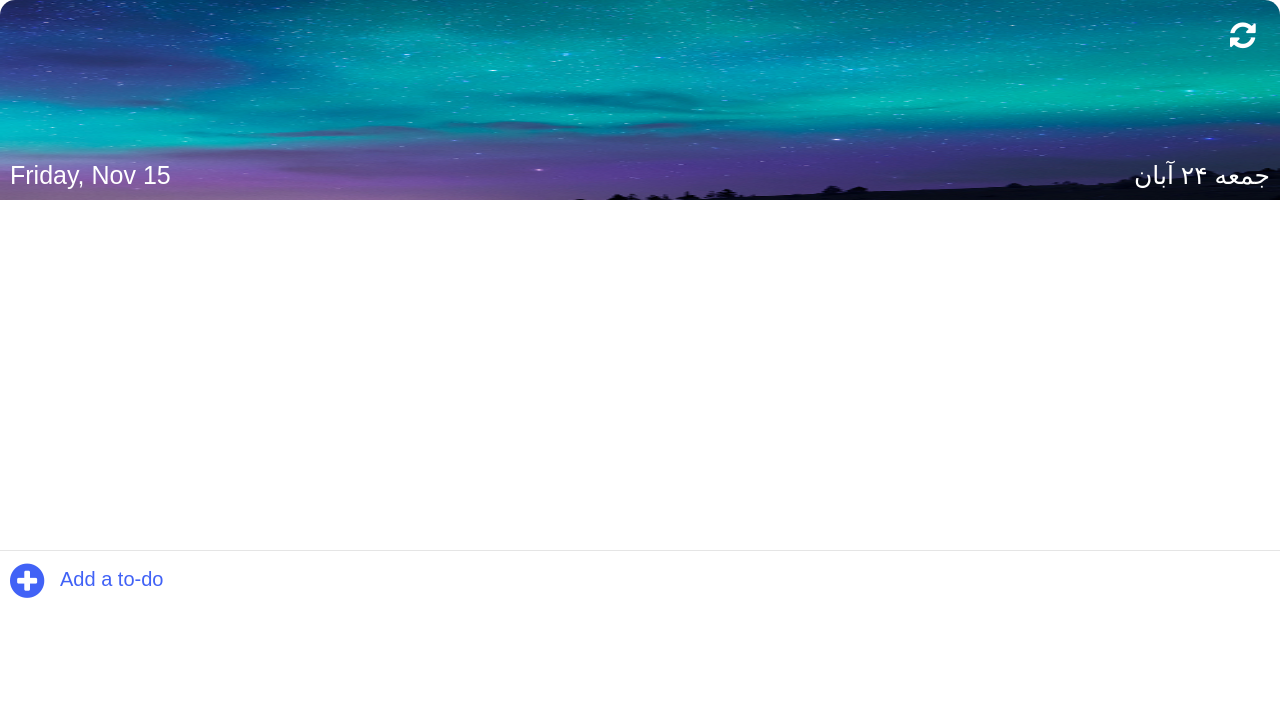
Repository: abouzarSoleymani/todo-js
Page: index.html
These files come from the project's save history. The page is drawn as it stood at one moment and after the next save; the edit follows.
The browser window is 1280 px wide. The pictures show the whole page.

Above is the page before, as saved 2019-11-15 13:54:48.

### index.html
<!-- CODE EXPLAINED CHANNEL -->
<!DOCTYPE html>
<html lang="en">
<head>
    <meta charset="UTF-8">
    <title>JavaScript - To Do List</title>
    <link href="https://fonts.googleapis.com/css?family=Roboto|Signika&display=swap" rel="stylesheet">
        <link rel="stylesheet" href="css/font-awesome.css">
    <link rel="stylesheet" href="css/style.css">
</head>
<body>
    <div class="container">
        <div class="header">
            <div class="clear">
                <i class="fa fa-refresh"></i>
            </div>
            <div id="date"></div>
            <div id="date-fa"></div>
        </div>
        <div class="content">
            <ul id="list">
               <!--
                <li class="item">
                    <i class="fa fa-circle-thin co" job="complete" id="0"></i>
                    <p class="text">Drink Coffee</p>
                    <i class="fa fa-trash-o de" job="delete" id="0"></i>
                </li> -->
            </ul>
        </div>
        <div class="add-to-do">
            <i class="fa fa-plus-circle"></i>
            <input type="text" id="input" placeholder="Add a to-do">
        </div>
    </div>
    <script src="js/app.js"></script>
</body>
</html>

### css/style.css
/* ------------ youtube.com/CodeExplained ------------ */
body{
    padding: 0;
    margin: 0;
    background-color: rgba(255, 255, 255, 0.1);
    font-family: 'Roboto', sans-serif;
    height: 100vh;
}

/* ------------ container ------------ */
.container{
    width:100%;
    height:100%;
    margin:0 auto;
}

/* ------------ header ------------ */
.header{
    width: 100%;
    height:200px;
    background-image: url('../img/bg2.jpg');
    background-size: 100% 200%;
    background-repeat: no-repeat;
    border-radius: 15px 15px 0 0;
    position: relative;
}
.clear{
    width : 30px;
    height: 30px;
    position: absolute;
    right:20px;
    top: 20px;
}
.clear i{
    font-size: 30px;
    color: #FFF;
}
.clear i:hover{
    cursor: pointer;
    text-shadow: 1px 3px 5px #000;
    transform: rotate(45deg);
}
#date{
    position: absolute;
    bottom: 10px;
    left: 10px;
    color: #FFF;
    font-size: 25px;
    font-family: 'Titillium Web', sans-serif;
}
#date-fa{
    position: absolute;
    bottom: 10px;
    right: 10px;
    color: #FFF;
    font-size: 25px;
    font-family: 'Titillium Web', sans-serif;
}

/* ------------ content ------------ */
.content{
    width:100%;
    height: 350px;
    max-height:350px;
    background-color: #FFF;
    overflow: auto;
}
.content::-webkit-scrollbar {
    display: none;
}
.content ul{
    padding:0;
    margin:0;
}
.item{
    width:100%;
    height: 45px;
    min-height: 45px;
    position: relative;
    border-bottom: 1px solid rgba(0,0,0,0.1);
    list-style: none;
    padding: 0;
    margin: 0;
}
.item i.co{
    position: absolute;
    font-size: 25px;
    padding-left:5px;
    left:15px;
    top:10px;
}
.item i.co:hover{
    cursor: pointer;
}
.fa-check-circle{
    color:#6eb200;
}
.item p.text{
    position: absolute;
    padding:0;
    margin:0;
    font-size: 20px;
    left:50px;
    top:5px;
    background-color: #FFF;
    max-width:285px;
}
.lineThrough{
    text-decoration: line-through;
    color : #ccc;
}
.item i.de{
    position: absolute;
    font-size: 25px;
    right:15px;
    top:10px;
}
.item i.de:hover{
    color:#af0000;
    cursor: pointer;
}
/* ------------ add item ------------ */
.add-to-do{
    position: relative;
    height:40px;
    background-color: #FFF;
    padding: 10px;
    border-top: 1px solid rgba(0,0,0,0.1);
}
.add-to-do i{
    position: absolute;
    font-size: 40px;
    color: #4162f6;
}

.add-to-do input{
    position: absolute;
    left: 50px;
    height: 35px;
    background-color: transparent;
    border: none;
    font-size: 20px;
    padding-left:10px;
}
.add-to-do input::-webkit-input-placeholder { /* Chrome/Opera/Safari */
    color: #4162f6;
    font-family: 'Titillium Web', sans-serif;
    font-size: 20px;
}
.add-to-do input::-moz-placeholder { /* Firefox 19+ */
    color: #4162f6;
    font-family: 'Titillium Web', sans-serif;
    font-size: 20px;
}
.add-to-do input:-ms-input-placeholder { /* IE 10+ */
    color: #4162f6;
    font-family: 'Titillium Web', sans-serif;
    font-size: 20px;
}
.add-to-do input:-moz-placeholder { /* Firefox 18- */
    color: #4162f6;
    font-family: 'Titillium Web', sans-serif;
    font-size: 20px;
}

### js/app.js
// CODE EXPLAINED channel

// Select the Elements
const clear = document.querySelector(".clear");
const dateElementEN = document.getElementById("date");
const dateElementFA = document.getElementById("date-fa");
const list = document.getElementById("list");
const input = document.getElementById("input");

// Classes names
const CHECK = "fa-check-circle";
const UNCHECK = "fa-circle-thin";
const LINE_THROUGH = "lineThrough";

// Variables
let LIST, id;

// get item from localstorage
let data = localStorage.getItem("TODO");

// check if data is not empty
if(data){
    LIST = JSON.parse(data);
    id = LIST.length; // set the id to the last one in the list
    loadList(LIST); // load the list to the user interface
}else{
    // if data isn't empty
    LIST = [];
    id = 0;
}

// load items to the user's interface
function loadList(array){
    array.forEach(function(item){
        addToDo(item.name, item.id, item.done, item.trash);
    });
}

// clear the local storage
clear.addEventListener("click", function(){
    localStorage.clear();
    location.reload();
});

// Show todays date
const optionsEN = {weekday : "long", month:"short", day:"numeric"};
const optionsFA = { weekday : "long", month:"short", day:"numeric"};
const today = new Date();

dateElementEN.innerHTML = today.toLocaleDateString("en-US", optionsEN);
dateElementFA.innerHTML = today.toLocaleDateString("fa", optionsFA);

// add to do function

function addToDo(toDo, id, done, trash){

    if(trash){ return; }

    const DONE = done ? CHECK : UNCHECK;
    const LINE = done ? LINE_THROUGH : "";

    const item = `<li class="item">
                    <i class="fa ${DONE} co" job="complete" id="${id}"></i>
                    <p class="text ${LINE}">${toDo}</p>
                    <i class="fa fa-trash-o de" job="delete" id="${id}"></i>
                  </li>
                `;

    const position = "beforeend";

    list.insertAdjacentHTML(position, item);
}

// add an item to the list user the enter key
document.addEventListener("keyup",function(even){
    if(event.keyCode == 13){
        const toDo = input.value;

        // if the input isn't empty
        if(toDo){
            addToDo(toDo, id, false, false);

            LIST.push({
                name : toDo,
                id : id,
                done : false,
                trash : false
            });

            // add item to localstorage ( this code must be added where the LIST array is updated)
            localStorage.setItem("TODO", JSON.stringify(LIST));

            id++;
        }
        input.value = "";
    }
});


// complete to do
function completeToDo(element){
    element.classList.toggle(CHECK);
    element.classList.toggle(UNCHECK);
    element.parentNode.querySelector(".text").classList.toggle(LINE_THROUGH);

    LIST[element.id].done = LIST[element.id].done ? false : true;
}

// remove to do
function removeToDo(element){
    element.parentNode.parentNode.removeChild(element.parentNode);

    LIST[element.id].trash = true;
}

// target the items created dynamically

list.addEventListener("click", function(event){
    const element = event.target; // return the clicked element inside list
    const elementJob = element.attributes.job.value; // complete or delete

    if(elementJob == "complete"){
        completeToDo(element);
    }else if(elementJob == "delete"){
        removeToDo(element);
    }

    // add item to localstorage ( this code must be added where the LIST array is updated)
    localStorage.setItem("TODO", JSON.stringify(LIST));
});

Loaded but not shown: css/font-awesome.css (library)

After the next save:
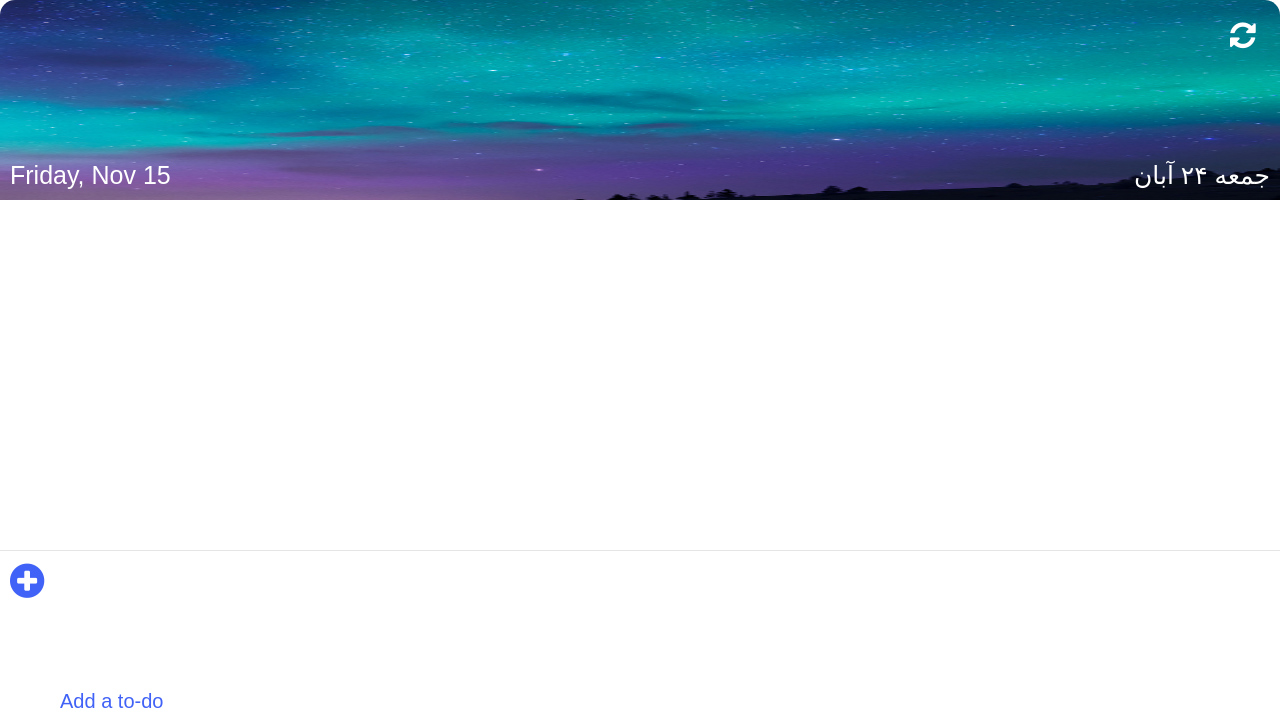
Saved 23 s later.
--- a/css/style.css
+++ b/css/style.css
@@ -134,8 +134,9 @@
 }
 
 .add-to-do input{
-    position: absolute;
+    position: fixed;
     left: 50px;
+    bottom: 0;
     height: 35px;
     background-color: transparent;
     border: none;

After the save that followed:
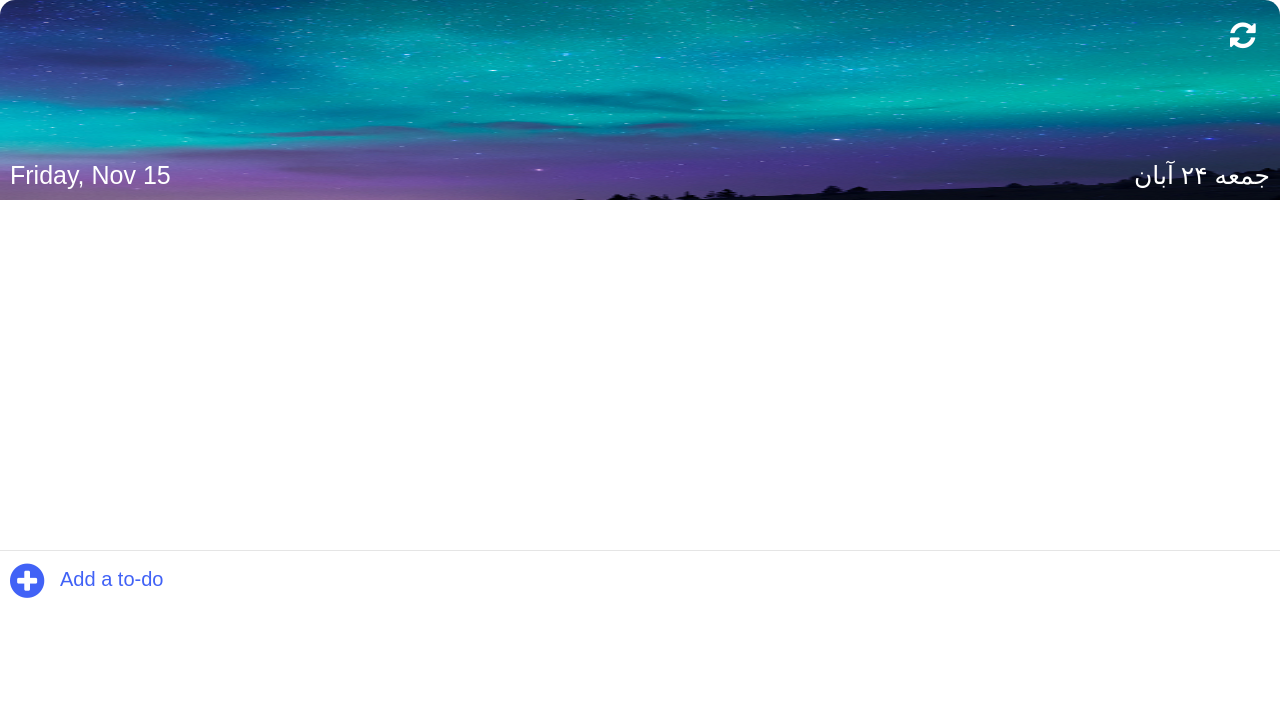
Saved 11 s later.
--- a/css/style.css
+++ b/css/style.css
@@ -134,9 +134,8 @@
 }
 
 .add-to-do input{
-    position: fixed;
+    position: absolute;
     left: 50px;
-    bottom: 0;
     height: 35px;
     background-color: transparent;
     border: none;
